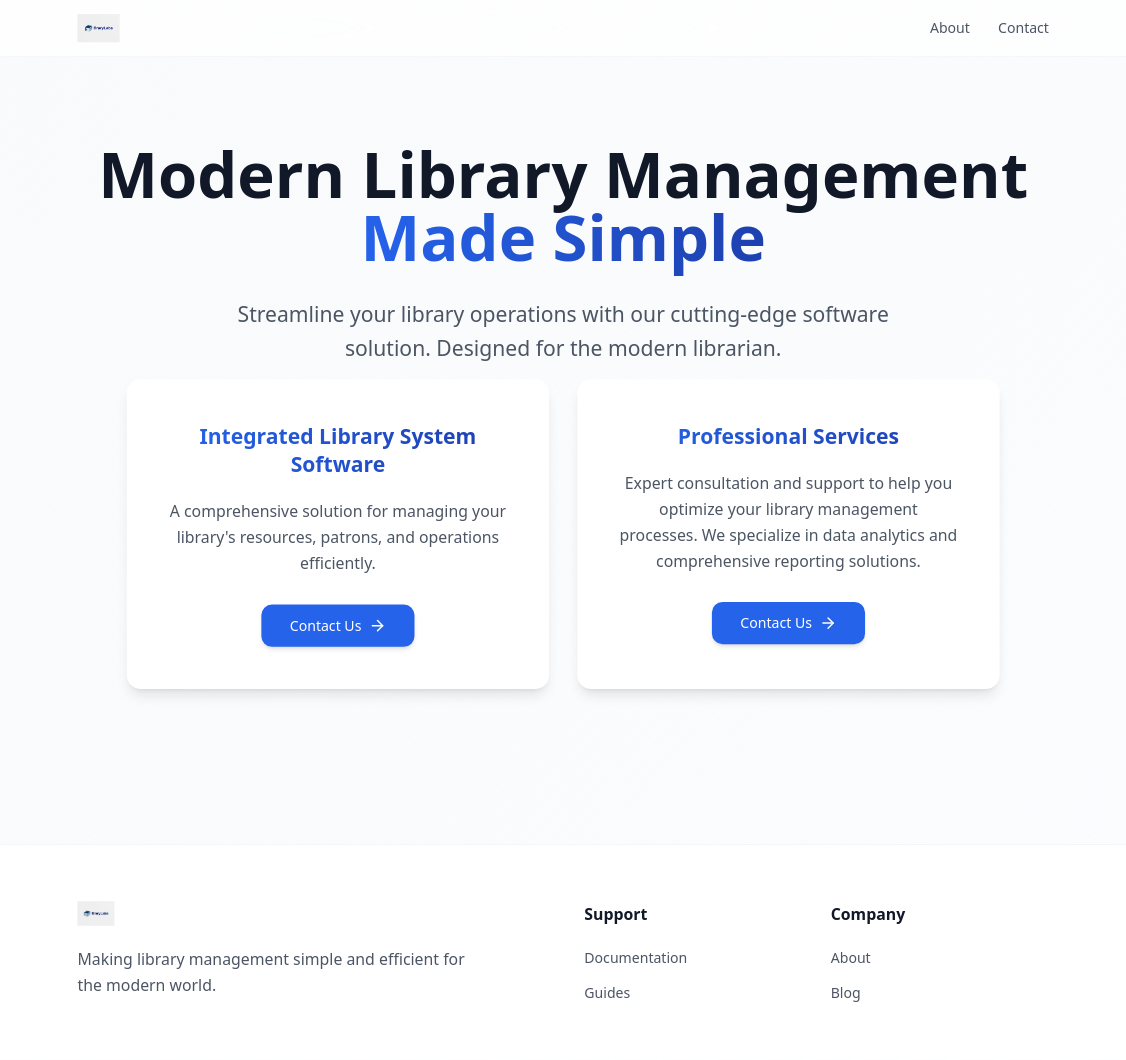
Repository: bgroble14/brarylabs-website
Page: /
The author's editor kept a copy of each file at every save. The page is drawn from the files as they stood at one save, then again after the next save.
The browser window is 1280 px wide. The pictures show the whole page, at 88% of full size.
The project was rebuilt for these pictures with package versions that can differ from the ones it lists, and the page was loaded fresh each time. Also part of the build but not shown: vite.config.ts.

Above is the page before, as saved 2025-01-16 17:09:13.

After the next save:
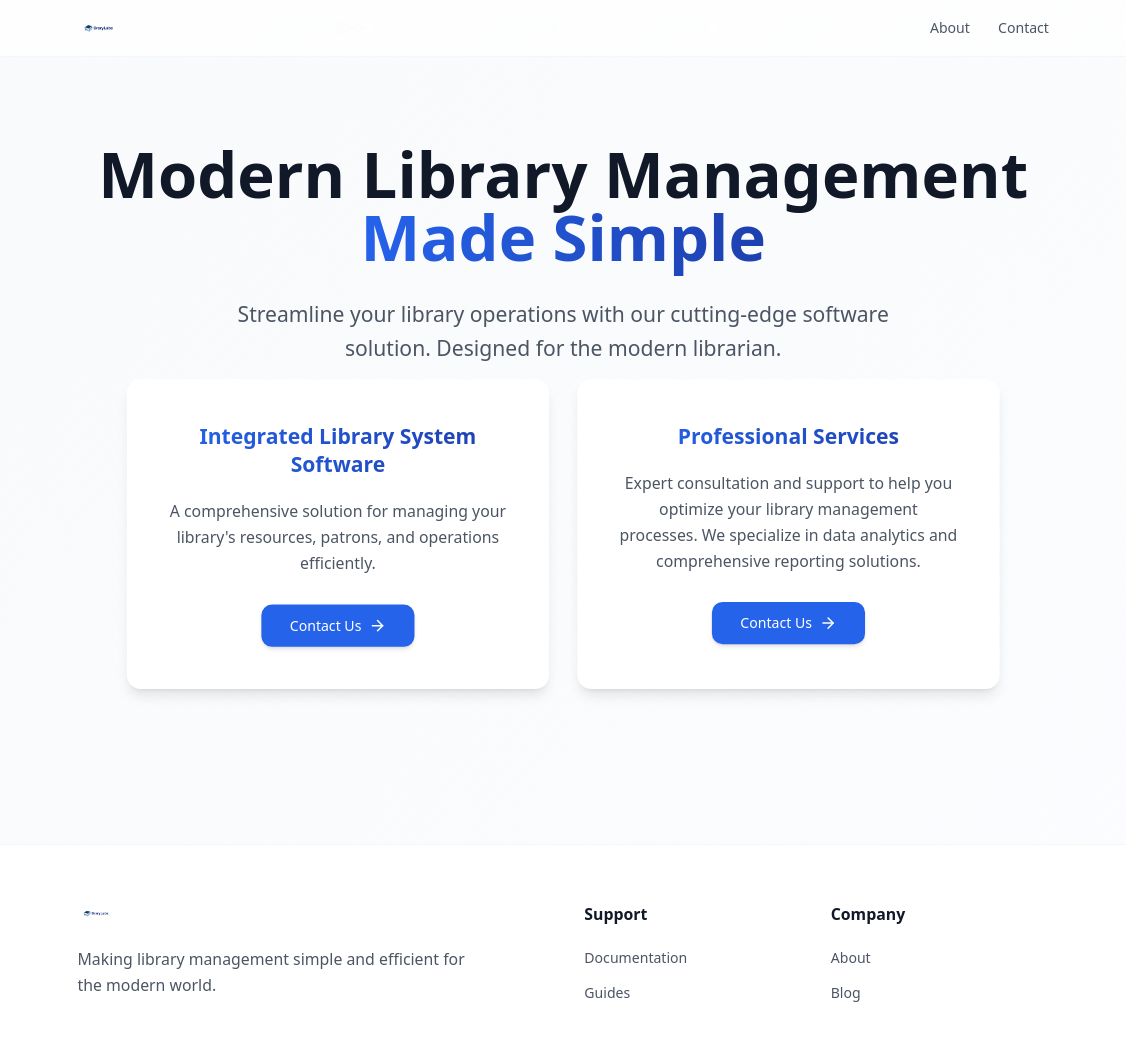
Saved 10 s later.
--- a/src/App.tsx
+++ b/src/App.tsx
@@ -35,7 +35,7 @@ function App() {
             <div className="flex items-center space-x-3">
               <div className="flex items-center group">
                 <img
-                  src="/logo.png"
+                  src="/logo-transparent.png"
                   alt="BraryLabs Logo"
                   className="h-8 w-auto transform group-hover:scale-110 transition-transform duration-300 mix-blend-multiply"
                 />
@@ -87,7 +87,7 @@ function App() {
             <div>
               <div className="flex items-center space-x-2 mb-6">
                 <img
-                  src="/logo.png"
+                  src="/logo-transparent.png"
                   alt="BraryLabs Logo"
                   className="h-7 w-auto mix-blend-multiply"
                 />
